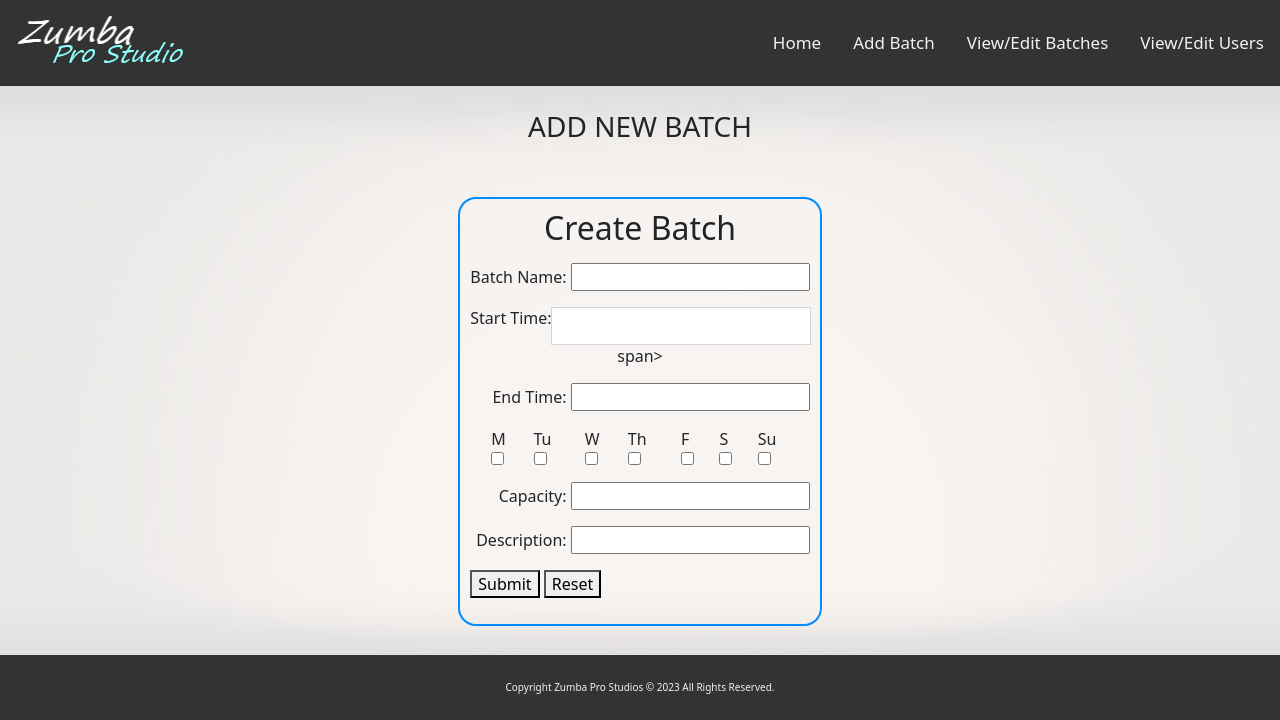
Repository: basemsamuel/Zumba
Page: http://localhost/ZumbaProStudio/addbatch.jsp
An editor plug-in stored every save of this project. The page is shown before and after the next save, followed by the edit.
The browser window is 1280 px wide. The pictures show the whole page.
The page is served by Tomcat 10. Other server files are loaded and not shown.

Above is the page before, as saved 2023-07-30 23:35:04.

### ZumbaProStudio/src/main/webapp/addbatch.jsp
<jsp:include page="adminheader.jsp"></jsp:include>
<div class="mycontainer">
	<div align="center">
	<br>
	<h3>ADD NEW BATCH</h3>
	<br>
	<br>

	<div>
		<table class="formtable">
			<tr>
				<td style="padding: 10px;">
					<div class='center'>
						<form style="width: 100%;" action="Admin" method = "POST">
						    <h2>Create Batch</h2>
						    <input type="hidden" name="htmlFormName" value="AddBatch" />
						    <div>
						        <p>
							        <div class='right'>
							            <label for="name">Batch Name:</label>
							            <input type="text" id="name" name="name">
							        </div>
						        </p>
						    </div>

						    <div class='form-group'>
						        <p>
							        <div class='right input-group date'>
							            <label for="stime">Start Time:</label>
							            <input type='text' class="form-control" id="stime" name="stime"><span class="input-group-addon"><span class="glyphicon glyphicon-calendar"></span></span></div>span>
							        </div>
						        </p>
						    </div>


						    <div>
						        <p>
							        <div class='right'>
							            <label for="etime">End Time:</label>
							            <input class="datepicker" data-date-format="mm/dd/yyyy" id="etime" name="etime">
							        </div>
						        </p>
						    </div>

						    <div>
						        <p>
							        <div style="padding-left:20px;">
							        	<Table width="100%">
							        		<tr>
							        			<td>M</td>
							        			<td>Tu</td>
							        			<td>W</td>
							        			<td>Th</td>
							        			<td>F</td>
							        			<td>S</td>
							        			<td>Su</td>
							        		</tr>
							        		<tr>
							        			<td>
										            <input type="checkbox" id="M" name="M" value="M">
							        			</td>
							        			<td>
										            <input type="checkbox" id="Tu" name="Tt" value="Tu">
							        			</td>
							        			<td>
										            <input type="checkbox" id="W" name="W" value="W">
							        			</td>
							        			<td>
										            <input type="checkbox" id="Th" name="Th" value="Th">
							        			</td>
							        			<td>
										            <input type="checkbox" id="F" name="F" value="F">
							        			</td>
							        			<td>
										            <input type="checkbox" id="S" name="S" value="S">
							        			</td>
							        			<td>
										            <input type="checkbox" id="Su" name="Su" value="Su">
							        			</td>
							        		</tr>
							        	</Table>

							        </div>
						        </p>
						    </div>

						    <div>
						        <p>
							        <div class='right'>
							            <label for="capacity">Capacity:</label>
							            <input type="number" id="capacity" name="capacity">
							        </div>
						        </p>
						    </div>

						    <div>
						        <p>
							        <div class='right'>
							            <label for="description">Description:</label>
							            <input type="text" id="description" name="description">
							        </div>
						        </p>
						    </div>
						    <div>
 						        <p>
						            <button type="submit" value="Submit">Submit</button>
						            <button type="reset" value="Reset">Reset</button>
						        </p>
						    </div>
						</form>
					</div>
				</td>
			</tr>
		</table>
		<br>
		<div class="emsg">
			<p>
				${batcherrorMessage}
			</p>
		</div>
	</div>
</div>
<jsp:include page="footer.jsp"></jsp:include>

### ZumbaProStudio/src/main/webapp/adminheader.jsp
<html lang="en">

<head>
    <meta charset="UTF-8">
    <meta http-equiv="X-UA-Compatible" content="IE=edge">
    <meta name="viewport" content="width=device-width, initial-scale=1.0">
    <title>Document</title>
    <link href="https://cdn.jsdelivr.net/npm/bootstrap@5.1.3/dist/css/bootstrap.min.css" rel="stylesheet" integrity="sha384-1BmE4kWBq78iYhFldvKuhfTAU6auU8tT94WrHftjDbrCEXSU1oBoqyl2QvZ6jIW3" crossorigin="anonymous">
    <link rel="stylesheet" type="text/css" href="css/styles.css" />
</head>

<body>
	 <div class="topnav">
		<img src="images/logo.png" alt="Zumba Pro Studio">
		<!-- <a class="active" href="#home">Home</a> -->
		<a href="adminusers.jsp">View/Edit Users</a>
		<a href="admin.jsp">View/Edit Batches</a>
		<a href="addbatch.jsp">Add Batch</a>
		<a href="index.jsp">Home</a>
	</div>

### ZumbaProStudio/src/main/webapp/footer.jsp
<footer>
	Copyright Zumba Pro Studios © 2023 All Rights Reserved.
</footer>
</body>
</html>

### ZumbaProStudio/src/main/webapp/css/styles.css
		.topnav {
			 background-color: #333;
			 overflow: hidden;
				}

		/* Style the links inside the navigation bar */
		.topnav a {
			 float: right;
			 color: #f2f2f2;
			 text-align: center;
			 padding: 30px 16px;
			 text-decoration: none;
			 font-size: 17px;
		}

		.topnav img {
			 float: left;
			 color: #f2f2f2;
			 text-align: center;
			 padding: 14px 16px;
			 text-decoration: none;
			 font-size: 17px;
			 height: 80px;
		}

		/* Change the color of links on hover */
		.topnav a:hover {
			 background-color: #ddd;
			 color: black;
		}

		/* Add a color to the active/current link */
		.topnav a.active {
			 background-color: #04AA6D;
			 color: white;
		}

		footer {
		    background-color: #333;
		    color: #f2f2f2;
		    grid-area: footer;
		    width: 100%;
		    position: absolute;
  			bottom: 0;
  			padding: 25px;
  			text-align: center;
  			font-size: 10px;
		}

		.centerimage {
			height: 100%;
			width: auto;
			display: block;
			margin-left: auto;
			margin-right: auto;

		}

		.center {
			text-align: center;
		}
		.right {
			text-align: right;
		}

		.formtable {
			border-collapse: collapse;
			border-radius: 16px;
			box-shadow: 0 0 0 2px rgb(0, 140, 255);
		}

		.mycontainer {
			height: calc(100% - 150px);
			width: 100%;
			background-image: url('../images/bg.jpg');
			background-color: #333; /* Used if the image is unavailable */
			background-position: center; /* Center the image */
			background-repeat: no-repeat; /* Do not repeat the image */
			background-size: cover; /* Resize the background image to cover the entire container */
		}

		.emsg {
			font-size: 13px;
			color: #FF0000;
		}

After the next save:
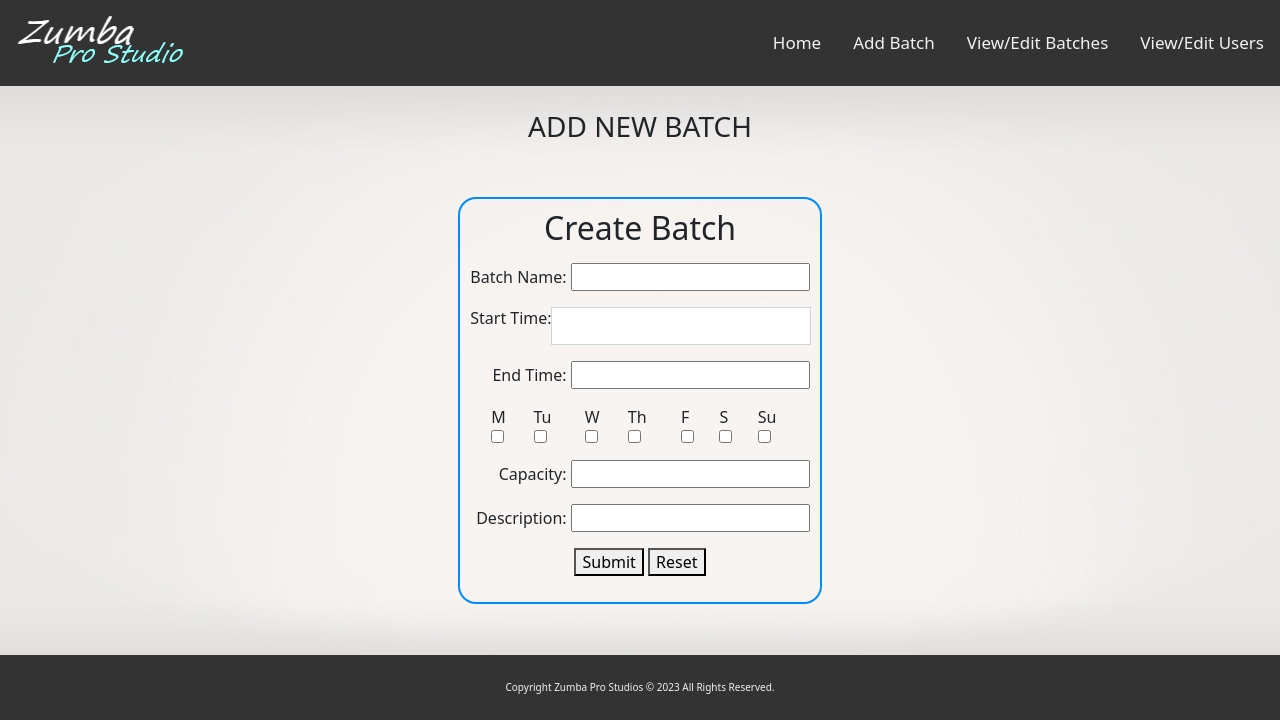
Saved 7 s later.
--- a/ZumbaProStudio/src/main/webapp/addbatch.jsp
+++ b/ZumbaProStudio/src/main/webapp/addbatch.jsp
@@ -27,7 +27,7 @@
 						        <p>
 							        <div class='right input-group date'>
 							            <label for="stime">Start Time:</label>
-							            <input type='text' class="form-control" id="stime" name="stime"><span class="input-group-addon"><span class="glyphicon glyphicon-calendar"></span></span></div>span>
+							            <input type='text' class="form-control" id="stime" name="stime"><span class="input-group-addon"><span class="glyphicon glyphicon-calendar"></span></span></span>
 							        </div>
 						        </p>
 						    </div>
